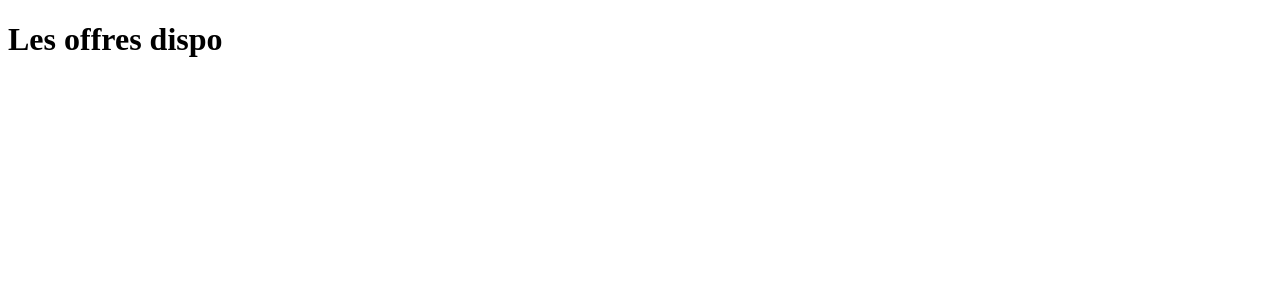
Repository: lysianebo/OHMYFOOD
Page: perso/cartes-tournantes/cartes.html
These files come from the project's save history. The page is drawn as it stood at one moment and after the next save; the edit follows.
The browser window is 1280 px wide. The pictures show the whole page.

Above is the page before, as saved 2022-10-21 15:25:50.

### perso/cartes-tournantes/cartes.html
<!DOCTYPE html>
<html lang="en">
<head>
    <meta charset="UTF-8">
    <meta http-equiv="X-UA-Compatible" content="IE=edge">
    <meta name="viewport" content="width=device-width, initial-scale=1.0">
    <title>Document</title>
</head>
<body>
    <div class="container">

        <h1>
            <span>Les offres dispo</span>
        </h1>
    </div>
</body>
</html>

After the next save:
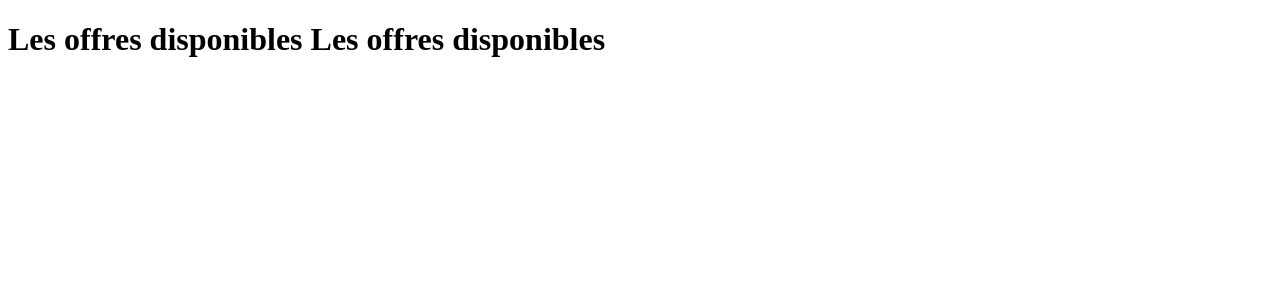
Saved 12 s later.
--- a/perso/cartes-tournantes/cartes.html
+++ b/perso/cartes-tournantes/cartes.html
@@ -10,7 +10,8 @@
     <div class="container">
 
         <h1>
-            <span>Les offres dispo</span>
+            <span>Les offres disponibles</span>
+            <span>Les offres disponibles</span>
         </h1>
     </div>
 </body>
